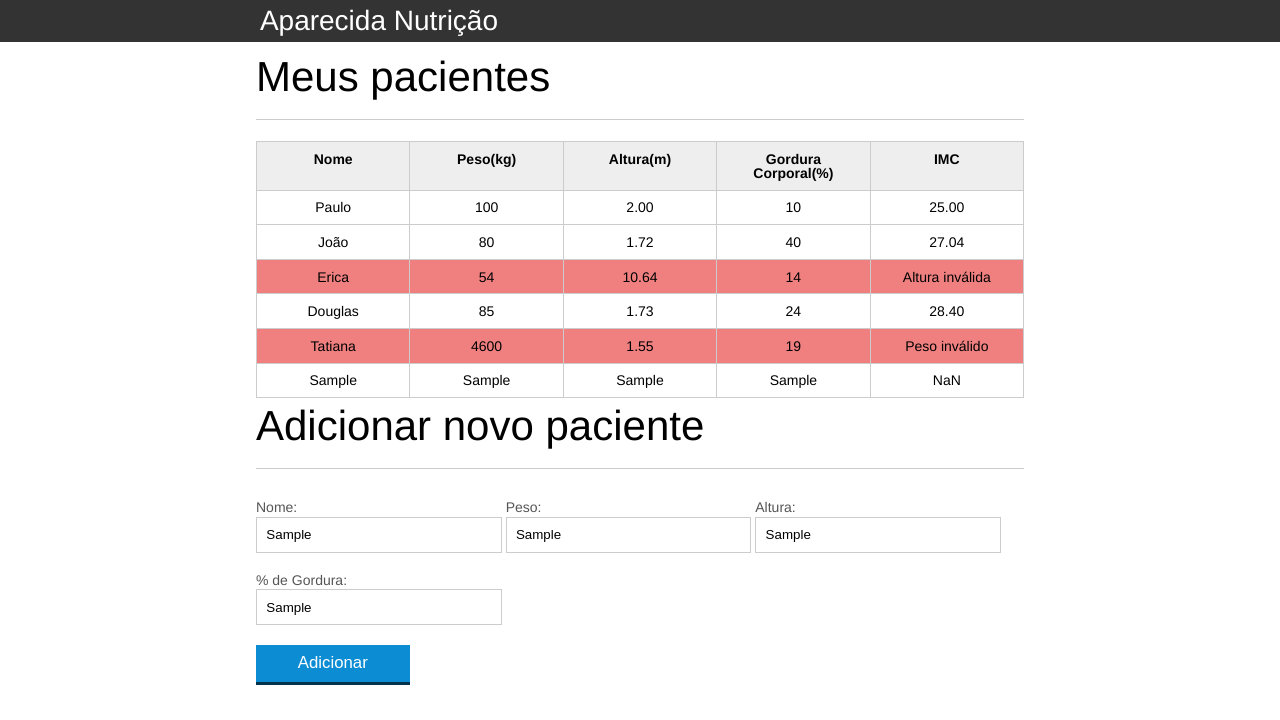
Repository: prof-fernando-alves/introducao-javascript
Page: index.html
These files come from the project's save history. The page is drawn as it stood at one moment and after a run of saves; the edit follows.
The browser window is 1280 px wide. The pictures show the whole page.
Empty fields were first filled with sample values (such as "Sample", 5 or name@example.com).
After loading, the first visible `#adicionar-paciente` was clicked once.

Above is the page before, as saved 2021-10-19 21:26:47.

After the next 3 saves:
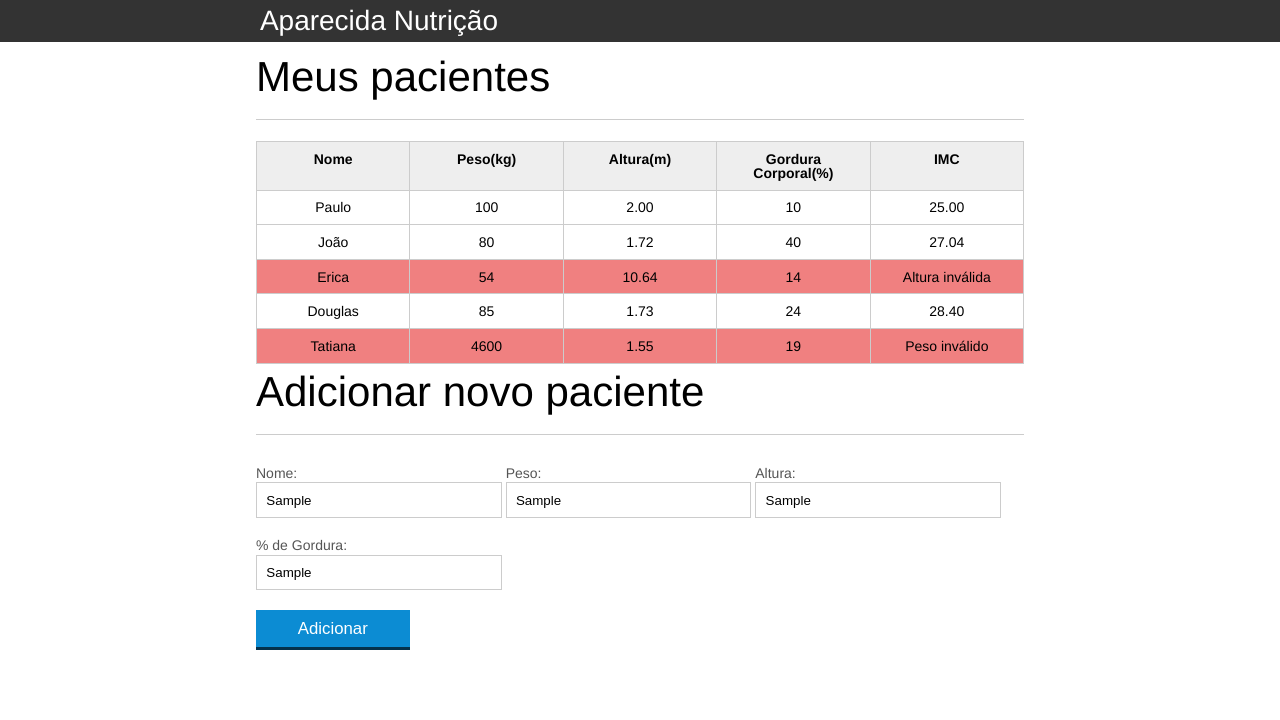
Console error: TypeError: Failed to execute 'appendChild' on 'Node': parameter 1 is not of type 'Node'.
The 3 saves are shown as one change because they came seconds apart.
The last was saved 8 s later.
--- a/js/principal.js
+++ b/js/principal.js
@@ -8,7 +8,7 @@
             var erros = validaPaciente(paciente)
             console.log(erros)
 
-            if (erros)
+            if (erros.length )
 
             var pacienteTr = montaTr(paciente)
 

After the 2 saves that followed:
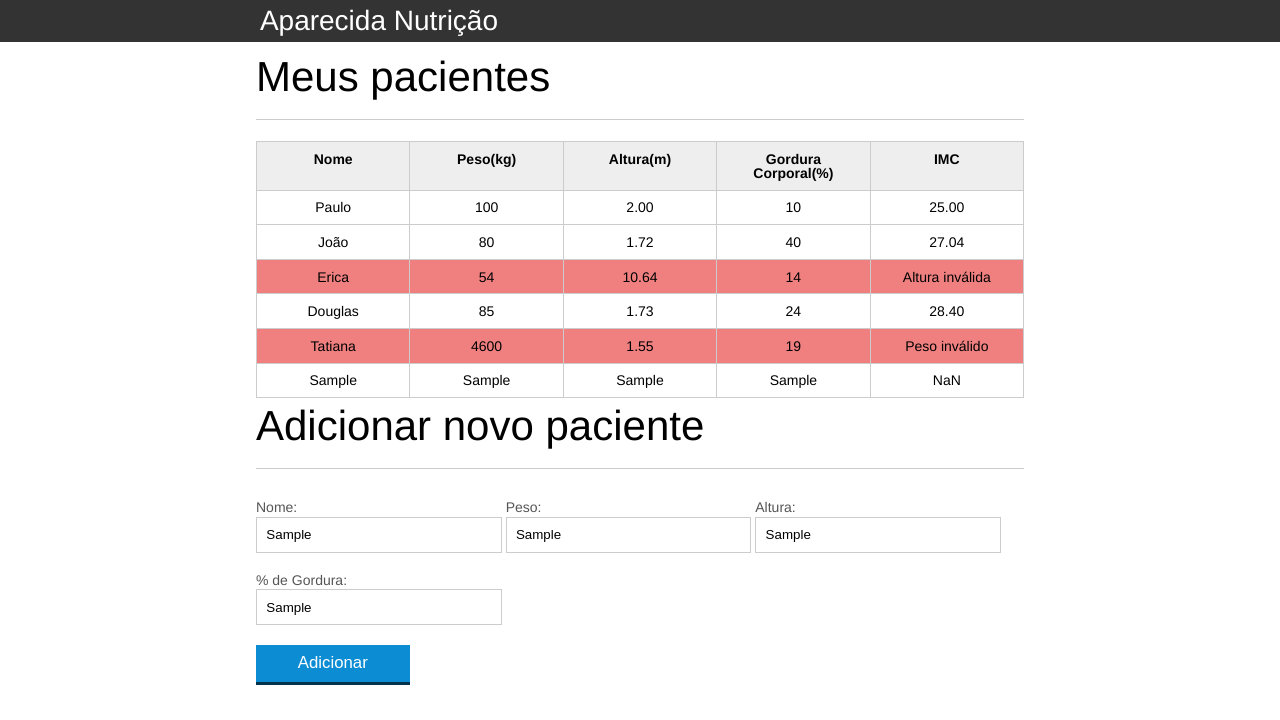
The error is gone.
The 2 saves are shown as one change because 1 left the picture as it was.
The last was saved 14 s later.
--- a/js/principal.js
+++ b/js/principal.js
@@ -8,7 +8,9 @@
             var erros = validaPaciente(paciente)
             console.log(erros)
 
-            if (erros.length )
+            if (erros.length > 0){
+
+            }
 
             var pacienteTr = montaTr(paciente)
 
